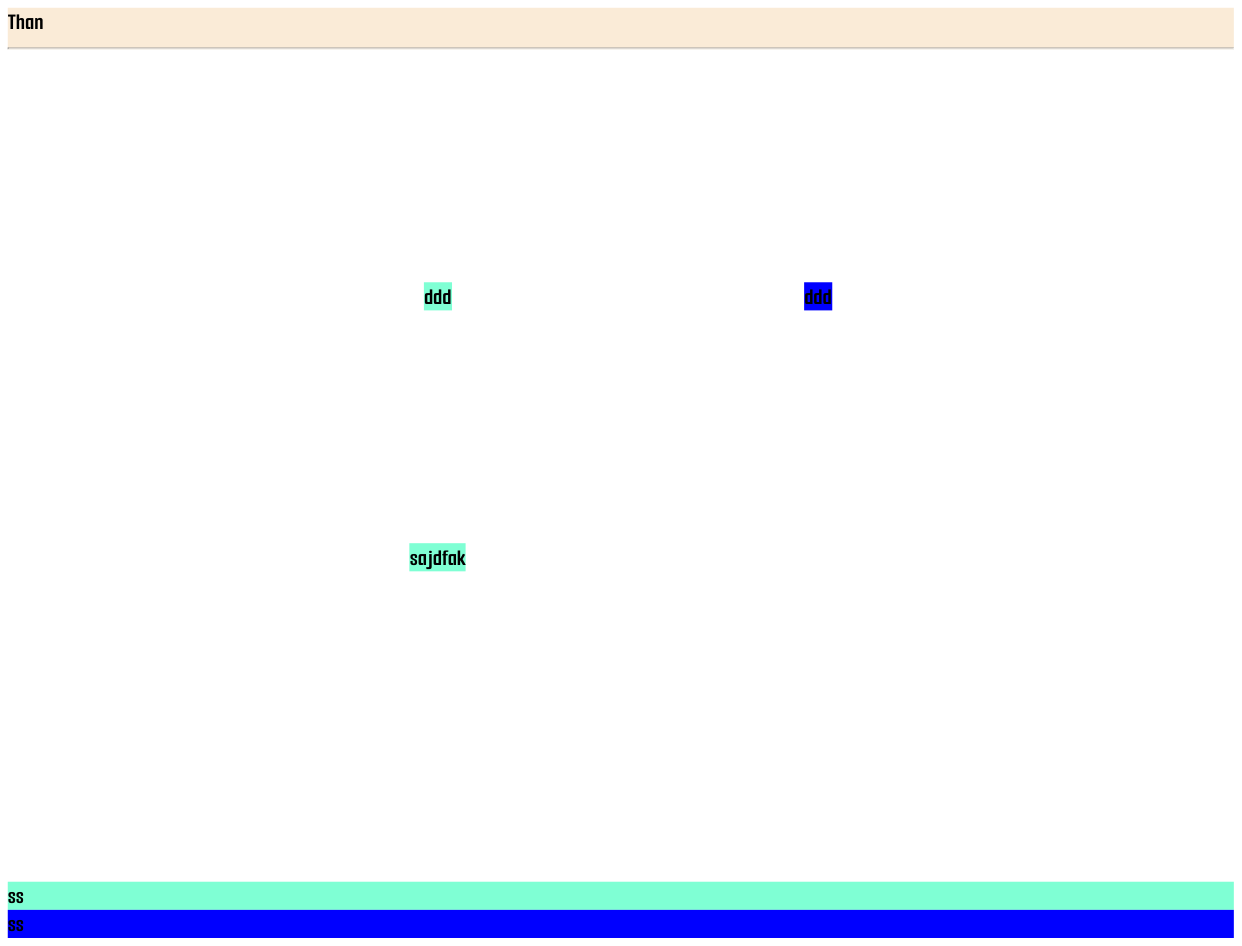
Repository: Than-dot/Than-dot
Page: index.html
The author's editor kept a copy of each file at every save. The page is drawn from the files as they stood at one save, then again after the next save.
The browser window is 1280 px wide. The pictures show the whole page, at 97% of full size.

Above is the page before, as saved 2026-04-22 12:35:39.

After the next save:
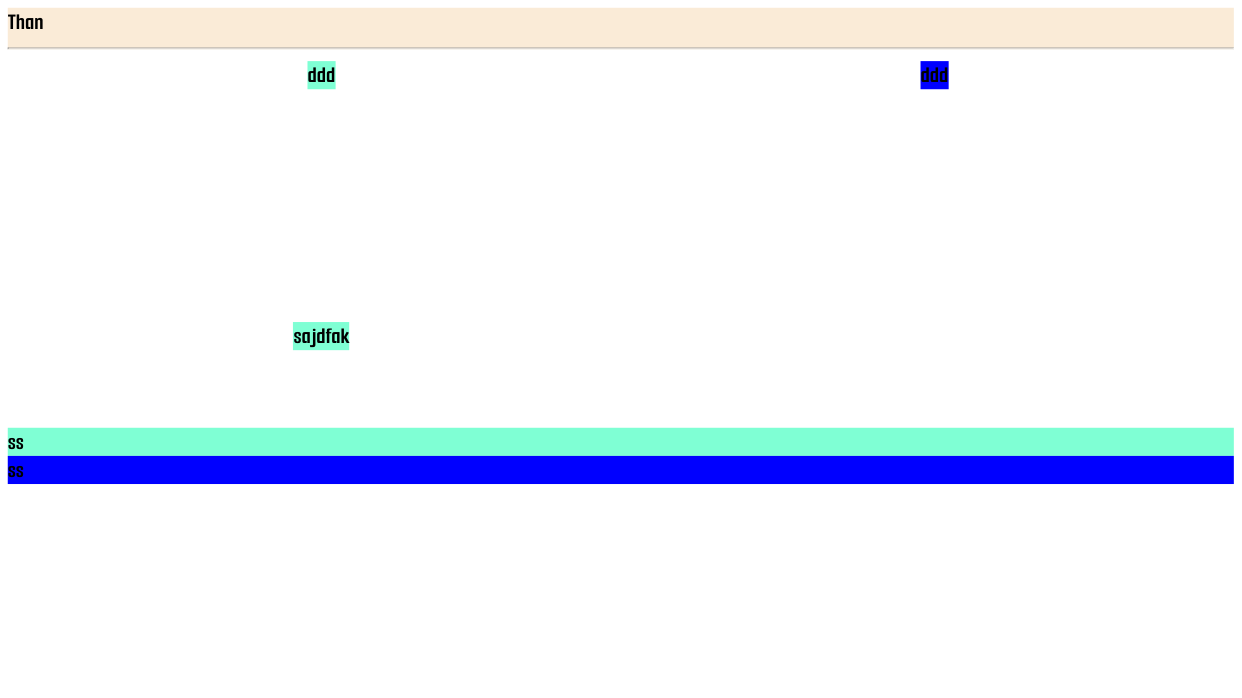
Saved 4 s later.
--- a/styles/index.css
+++ b/styles/index.css
@@ -1,5 +1,4 @@
 .container {
-  margin: 15rem;
   display: grid;
   grid-template-columns: auto auto;
 }
